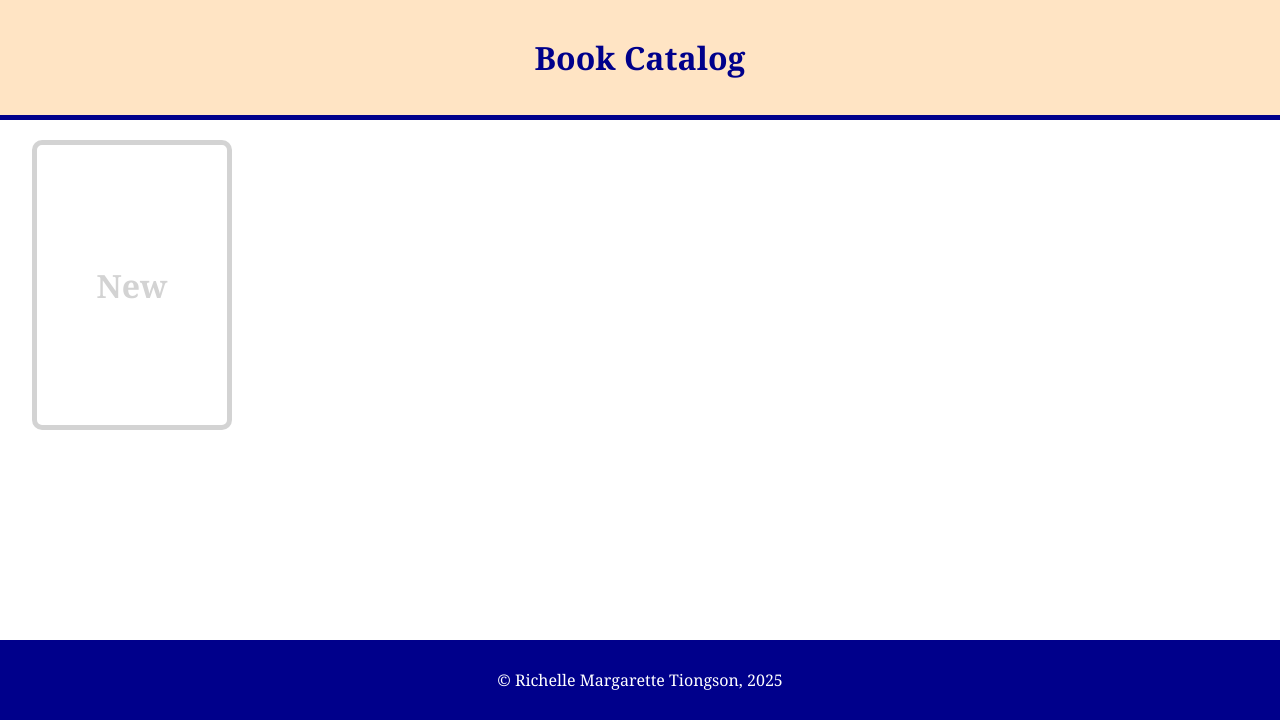
Repository: richelletiongson/comp3170_lab01
Page: /
An editor plug-in stored every save of this project. The page is shown before and after the next save, followed by the edit.
The browser window is 1280 px wide. The pictures show the whole page.
The pointer rests on the first visible `.new`.
The page's requests for data from a server got no answer. The project was rebuilt for these pictures with package versions that can differ from the ones it lists, and the page was loaded fresh each time. No one was signed in, and anything a server would have sent is missing. Also part of the build but not shown: vite.config.js, src/Book.jsx.

Above is the page before, as saved 2025-09-14 03:05:26.

After the next save:
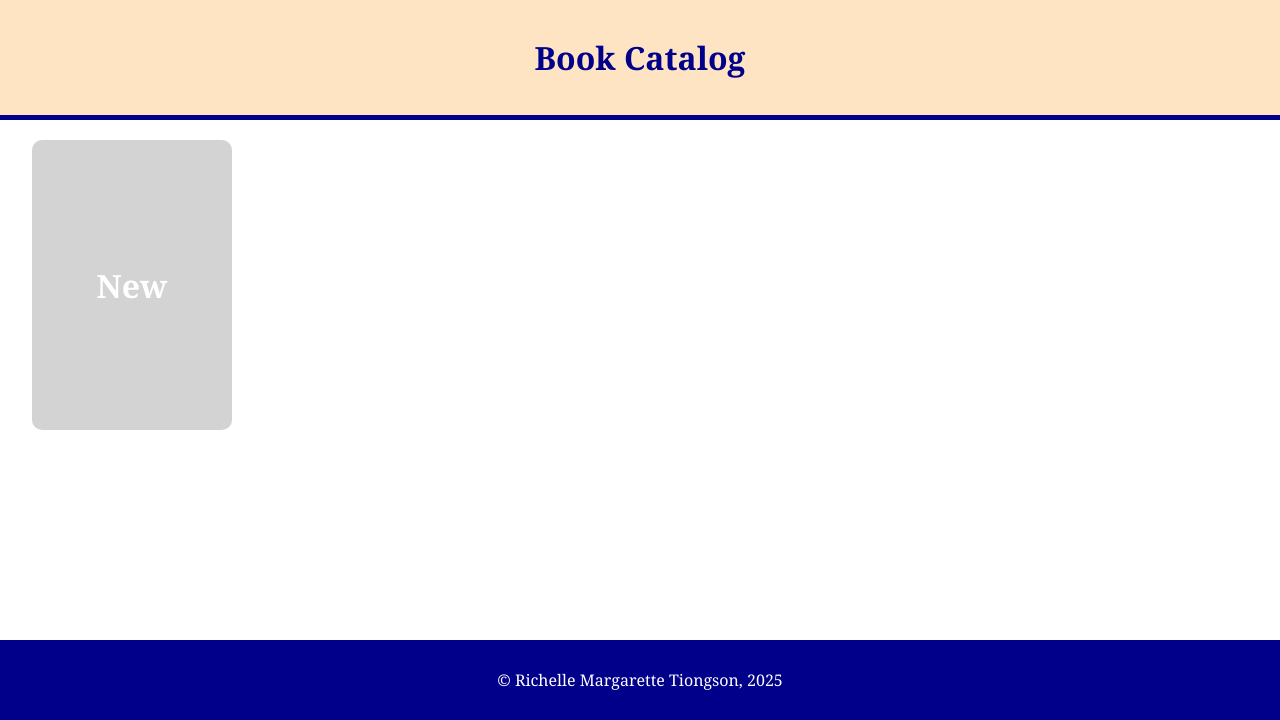
Saved 96 s later.
--- a/src/index.css
+++ b/src/index.css
@@ -94,6 +94,11 @@ body {
   font-weight: bold;
 }
 
+.new:hover {
+  background-color: lightgray;
+  color: #FFFFFF;
+}
+
 .main-content {
   flex: 1;
   background-color: #FFFFFF;
